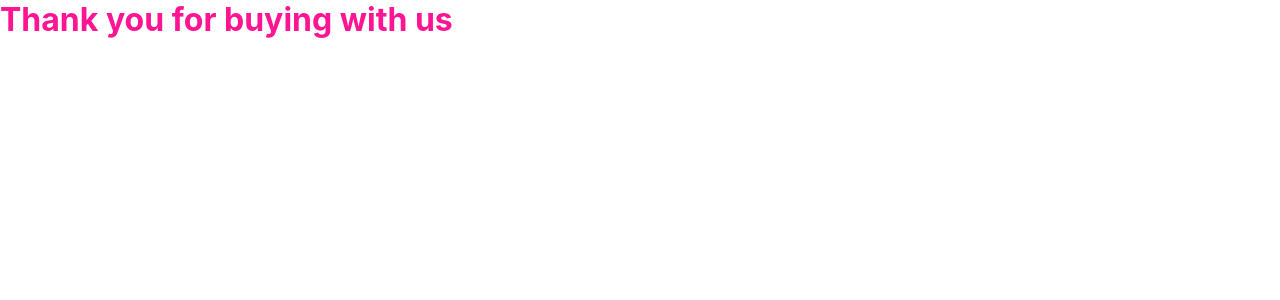
Repository: Yowani24/ecocarbon
Page: /successPage
The author's editor kept a copy of each file at every save. The page is drawn from the files as they stood at one save, then again after the next save.
The browser window is 1280 px wide. The pictures show the whole page.
The project was rebuilt for these pictures with package versions that can differ from the ones it lists, and the page was loaded fresh each time. The framework's server and built-in components were replaced by stand-ins that run in the browser. Also part of the build but not shown: next.config.js.

Above is the page before, as saved 2021-09-29 20:17:43.

### pages/_app.js
import '../styles/globals.css'
import { CreditProvider } from './product/CreditList'

function MyApp({ Component, pageProps }) {
  return (
    <CreditProvider>
      <Component {...pageProps} />
    </CreditProvider>
  )
}

export default MyApp

### pages/successPage.js
import React from 'react';
import styled from 'styled-components';

export default function successPage(props) {
    return (
        <Thankyou>
            <h1>Thank you for buying with us</h1>
        </Thankyou>
    );
}

const Thankyou = styled.div`
    color: deeppink;
`

### styles/globals.css
html,
body {
  padding: 0;
  margin: 0;
  font-family: -apple-system, BlinkMacSystemFont, Segoe UI, Roboto, Oxygen,
    Ubuntu, Cantarell, Fira Sans, Droid Sans, Helvetica Neue, sans-serif;
}

a {
  color: inherit;
  text-decoration: none;
}

* {
  margin: 0;
  box-sizing: border-box;
}

### pages/product/CreditList.js
import React, { useState, createContext } from 'react';

export const CreditList = createContext();

export const CreditProvider = (props) => {
    const [credit, setCredit] = useState([
        {
            id: '1',
            product: 'Carbon Credit',
            price: 120,
            description: 'More details goes here like description',
        },
        {
            id: '2',
            product: 'Carbon Credit',
            price: 120,
            description: 'More details about the product'
        },
        {
            id: '3',
            product: 'Carbon Credit',
            price: 120,
            description: 'More details for the items'
        },
        {
            id: '4',
            product: 'Carbon Credit',
            price: 120,
            description: 'More details to provide about carb cred',
        }

    ]);

    const [cartItems, setCartItems] = useState([]);

    const onAdd = (credit) => {
        const exist = cartItems.find((x) => x.id === credit.id);
        if(exist) {
            setCartItems(cartItems.map((x) => x.id === credit.id ? {...exist, quantity: exist.quantity + 1} : x));
        }else{
            setCartItems([...cartItems, {...credit, quantity: 1}])
        }
    }

    const onRemove = (credit) => {
        const exist = cartItems.find((x) => x.id === credit.id);
        if(exist.quantity === 1) {
            setCartItems(cartItems.filter((x) => x.id !== credit.id));
        }else{
            setCartItems(cartItems.map((x) => x.id === credit.id ? {...exist, quantity: exist.quantity - 1} : x));
        }
    }

    return (
        <CreditList.Provider value={{credits:[credit, setCredit], cartContent:[cartItems, setCartItems], onAdd: onAdd, onRemove:onRemove }}>
            {props.children}
        </CreditList.Provider>
    );
}

After the next save:
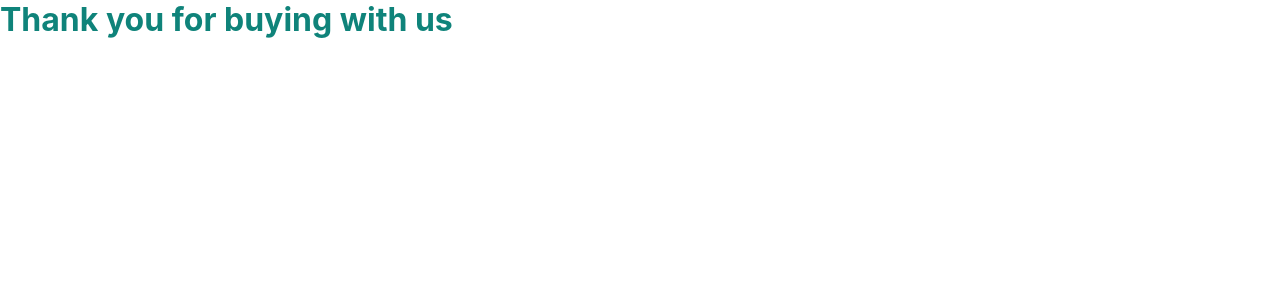
Saved 108 s later.
--- a/pages/successPage.js
+++ b/pages/successPage.js
@@ -10,5 +10,5 @@ export default function successPage(props) {
 }
 
 const Thankyou = styled.div`
-    color: deeppink;
+    color: #0f837a;
 `
